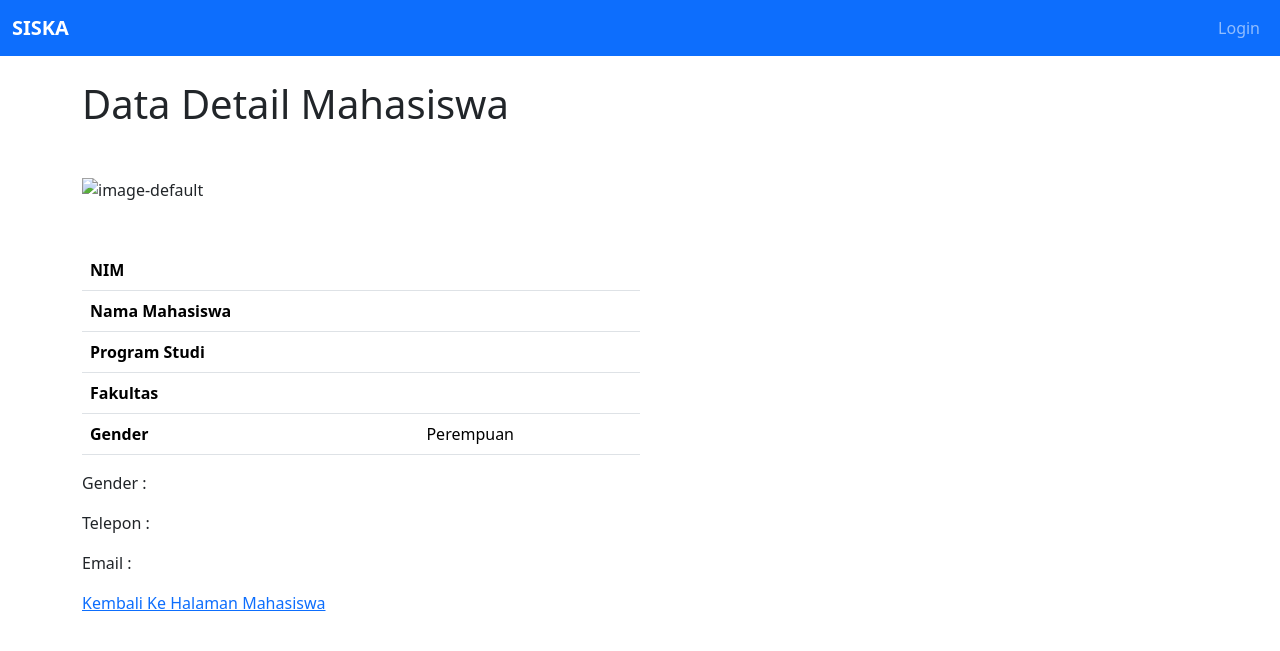
Repository: WiraAtma/administrasi-kampus
Page: resources/views/mahasiswa-detail.blade.php
These files come from the project's save history. The page is drawn as it stood at one moment and after a run of saves; the edit follows.
The browser window is 1280 px wide. The pictures show the whole page.
The page is served by the project's Laravel application, run on PHP 8.4 with Laravel 12. The template is opened directly, without the code that normally fills it, so the values that code supplies are empty.

Above is the page before, as saved 2024-10-26 16:09:19.

After the next 6 saves:
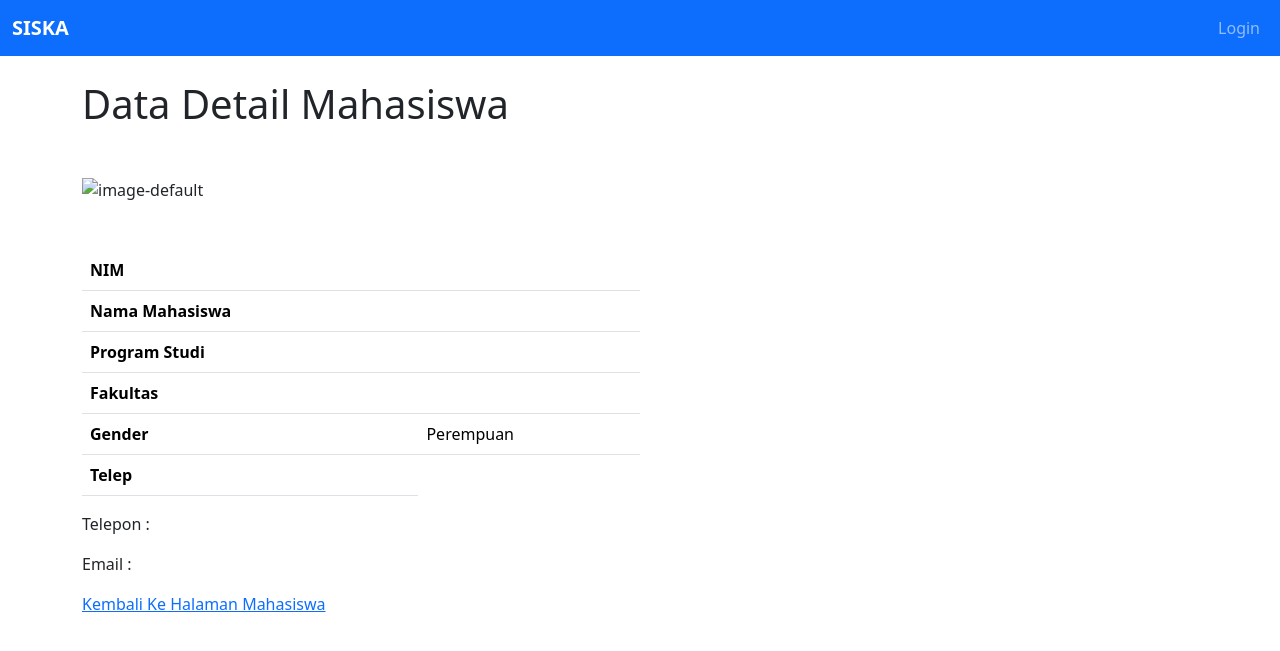
The 6 saves are shown as one change because they came seconds apart.
The last was saved 19 s later.
--- a/resources/views/mahasiswa-detail.blade.php
+++ b/resources/views/mahasiswa-detail.blade.php
@@ -40,11 +40,10 @@
                     @endif
                 </td>
             </tr>
+            <tr>
+                <th>Telep</th>
+            </tr>
         </table>
-        <p>
-            Gender :
-
-        </p>
         <p>Telepon : {{ $mahasiswa->phone }}</p>
         <p>Email : {{ $mahasiswa->email }}</p>
     </div>
